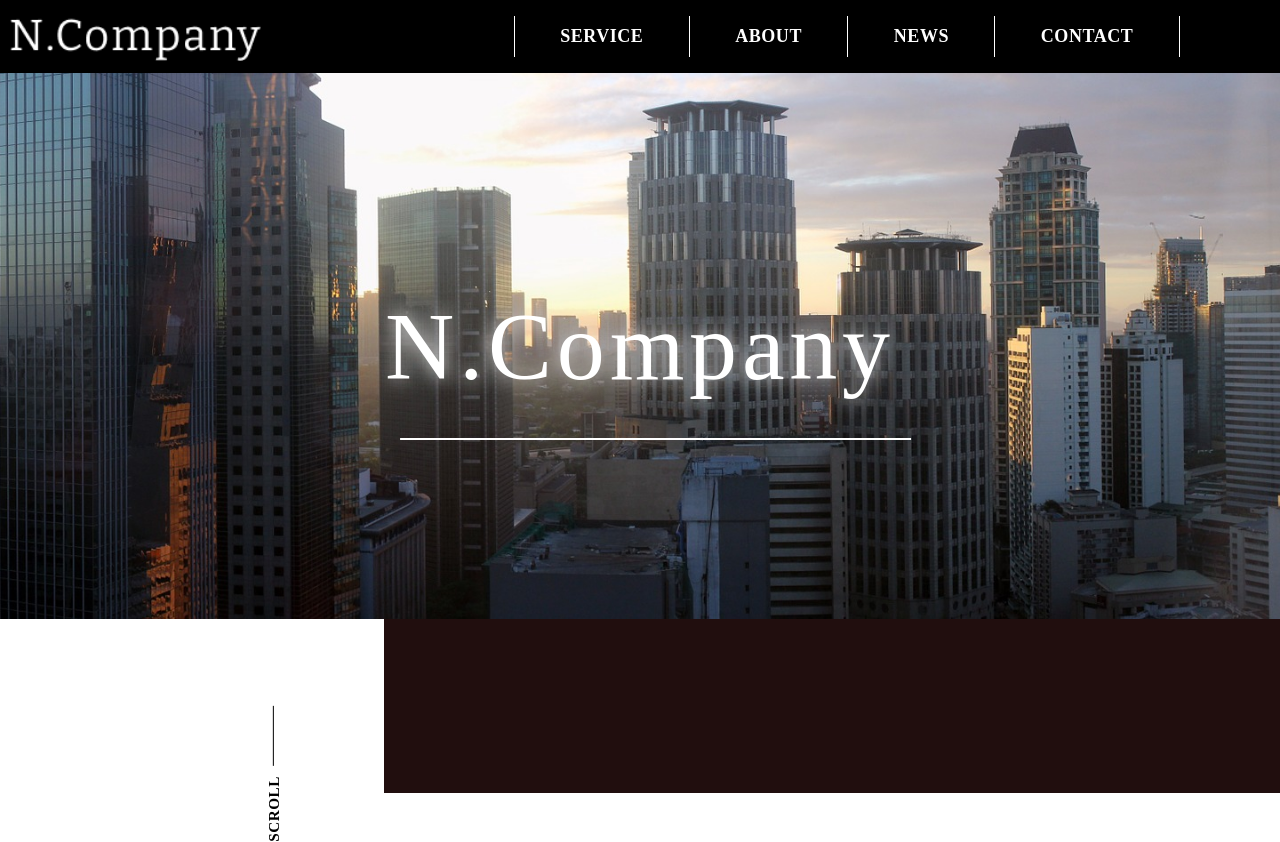
Repository: nozomi-23/hp2_test
Page: index.html
An editor plug-in stored every save of this project. The page is shown before and after a run of saves, followed by the edit.
The browser window is 1280 px wide. The pictures show the whole page.
Some web fonts or font styles are not loaded; a fallback is used.

Above is the page before, as saved 2022-06-24 17:41:54.

After the next 6 saves:
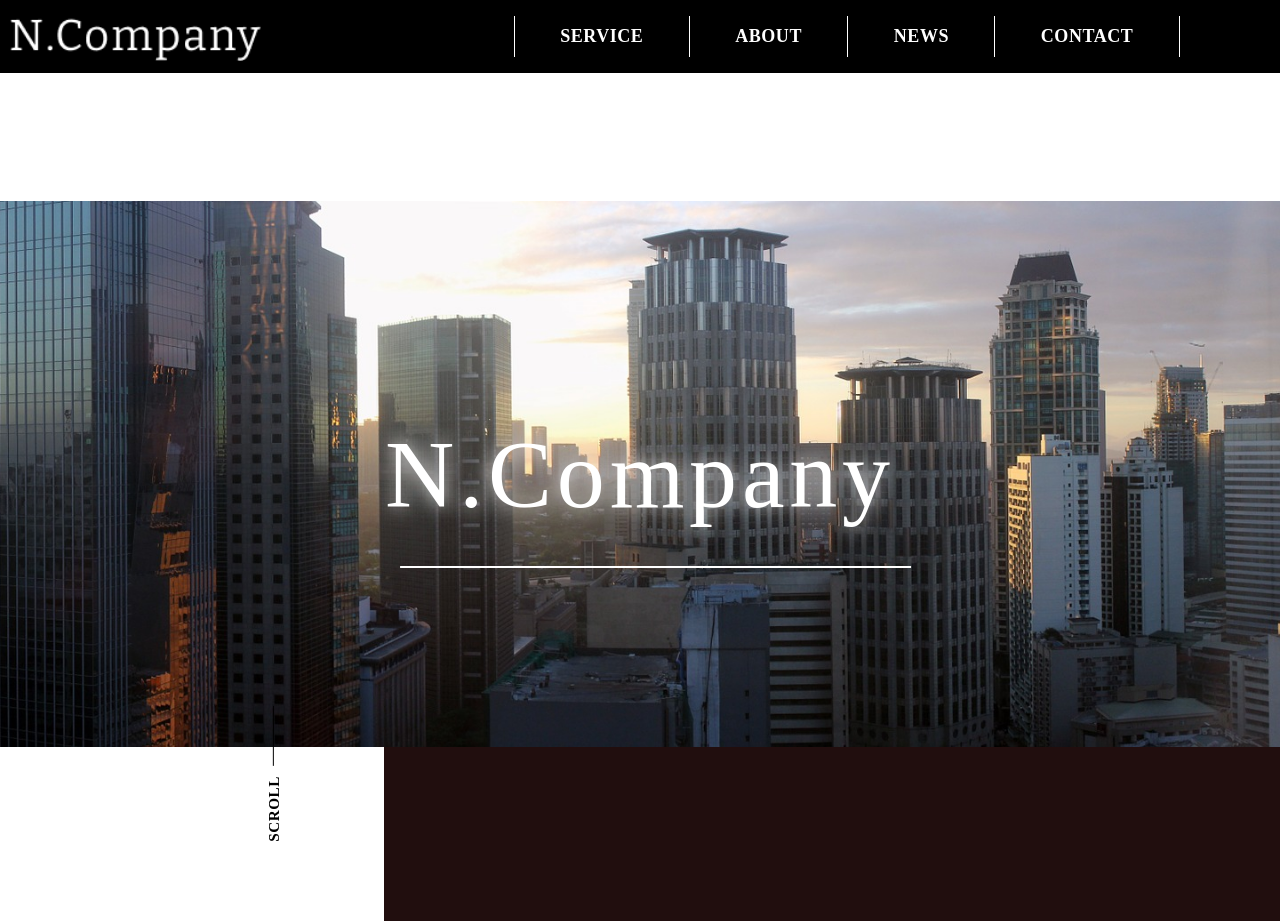
The 6 saves are shown as one change because they came seconds apart.
The last was saved 20 s later.
--- a/css/common1.css
+++ b/css/common1.css
@@ -17,7 +17,7 @@ a {
 共通レイアウト
 ========================*/
 .section {
-
+  margin: 10% 0;
 }
 /* =====================
 共通パーツ
